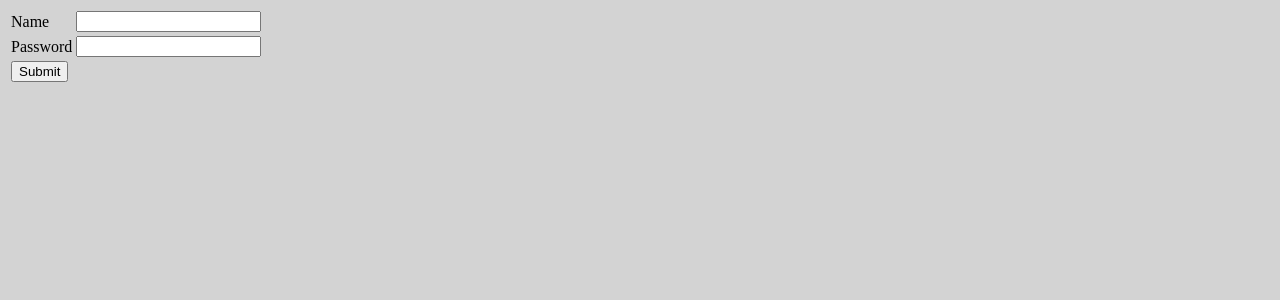
Repository: SurajPawar15-smart/JAVAProjects
Page: 11.HiddenFormDemo/WebContent/index.html
An editor plug-in stored every save of this project. The page is shown before and after the next save, followed by the edit.
The browser window is 1280 px wide. The pictures show the whole page.

Above is the page before, as saved 2020-09-27 11:27:09.

### 11.HiddenFormDemo/WebContent/index.html
<!DOCTYPE html>
<html>
<head>
<meta charset="ISO-8859-1">
<title>Insert title here</title>
<style>
body{
background-color:#d3d3d3;
}
h1{
color:blue;
}
</style>
</head>
<body>
<form action="FirstServlet"  >
<table>
<tr>
<td>Name</td>
<td><input type="text" name="username"></td>
</tr>

<tr>
<td>Password</td>
<td><input type="password" name="pssword"></td>
</tr>

<tr>
<td><input type="submit" value="Submit"></td>
</tr>

</table>
</form>
</body>
</html>

After the next save:
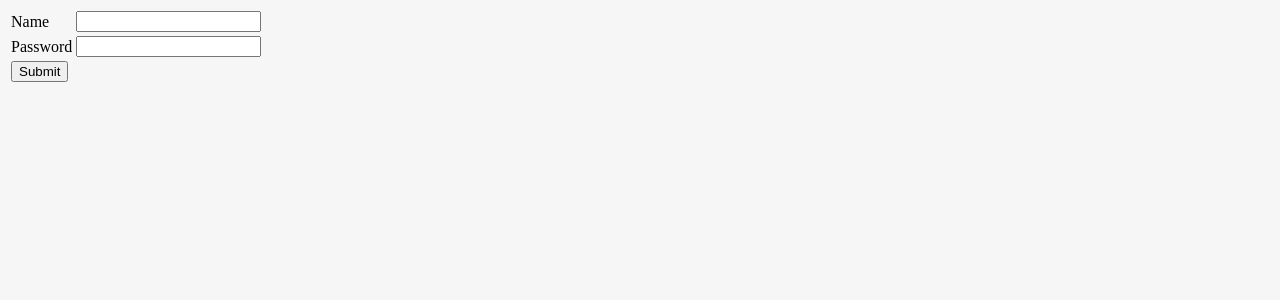
Saved 4 min 47 s later.
--- a/11.HiddenFormDemo/WebContent/index.html
+++ b/11.HiddenFormDemo/WebContent/index.html
@@ -5,7 +5,7 @@
 <title>Insert title here</title>
 <style>
 body{
-background-color:#d3d3d3;
+background-color:#F6F6F6;
 }
 h1{
 color:blue;
